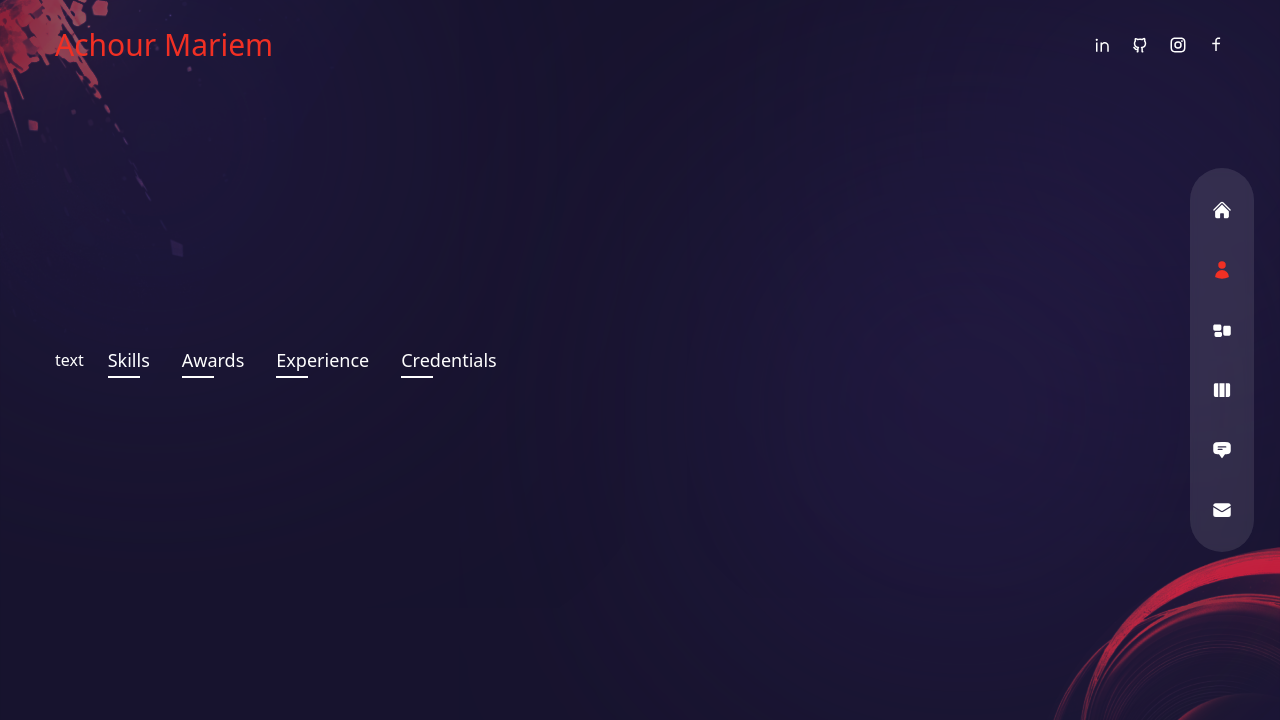
Repository: AchourMaryem/My-personal-portfolio
Page: /about
These files come from the project's save history. The page is drawn as it stood at one moment and after a run of saves; the edit follows.
The browser window is 1280 px wide. The pictures show the whole page.
The project was rebuilt for these pictures with package versions that can differ from the ones it lists, and the page was loaded fresh each time. The framework's server and built-in components were replaced by stand-ins that run in the browser. Also part of the build but not shown: next.config.js.

Above is the page before, as saved 2023-09-22 01:41:26.

After the next 2 saves:
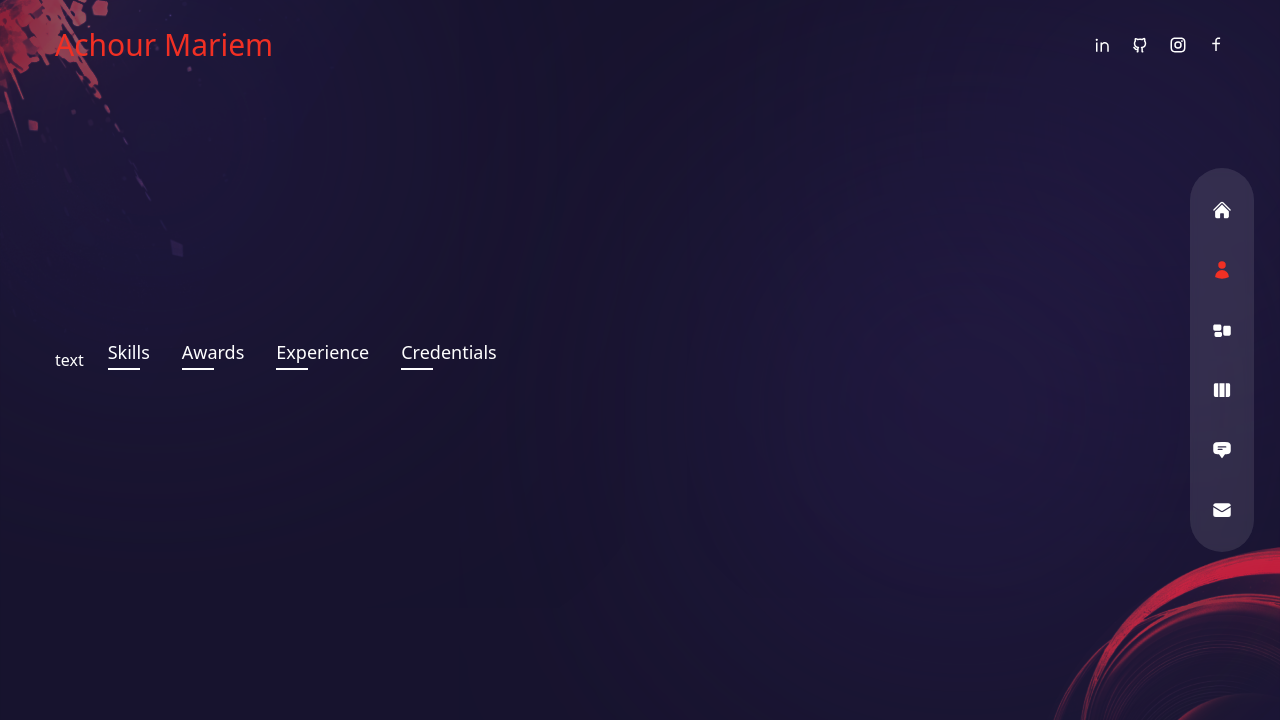
The 2 saves are shown as one change because they came seconds apart.
The last was saved 7 s later.
--- a/pages/about/index.js
+++ b/pages/about/index.js
@@ -111,7 +111,7 @@ const About = () => {
     <div className='container mx-auto h-full flex felx-col items-center xl:flex-row gap-x-6'>
       <div>text</div>
       <div>
-        <div className='flex gap-x-4 xl:gap-x-8 mx-auto xl:mx'>
+        <div className='flex gap-x-4 xl:gap-x-8 mx-auto xl:mx-0 mb-4'>
           {aboutData.map((item, itemIndex)=>{
             return (<div key={itemIndex} className='cursor-pointer capitalize xl:text-lg relative after:w-8 after:h-[2px]
             after:bg-white after:absolute after:-bottom-1 after:left-0'>
